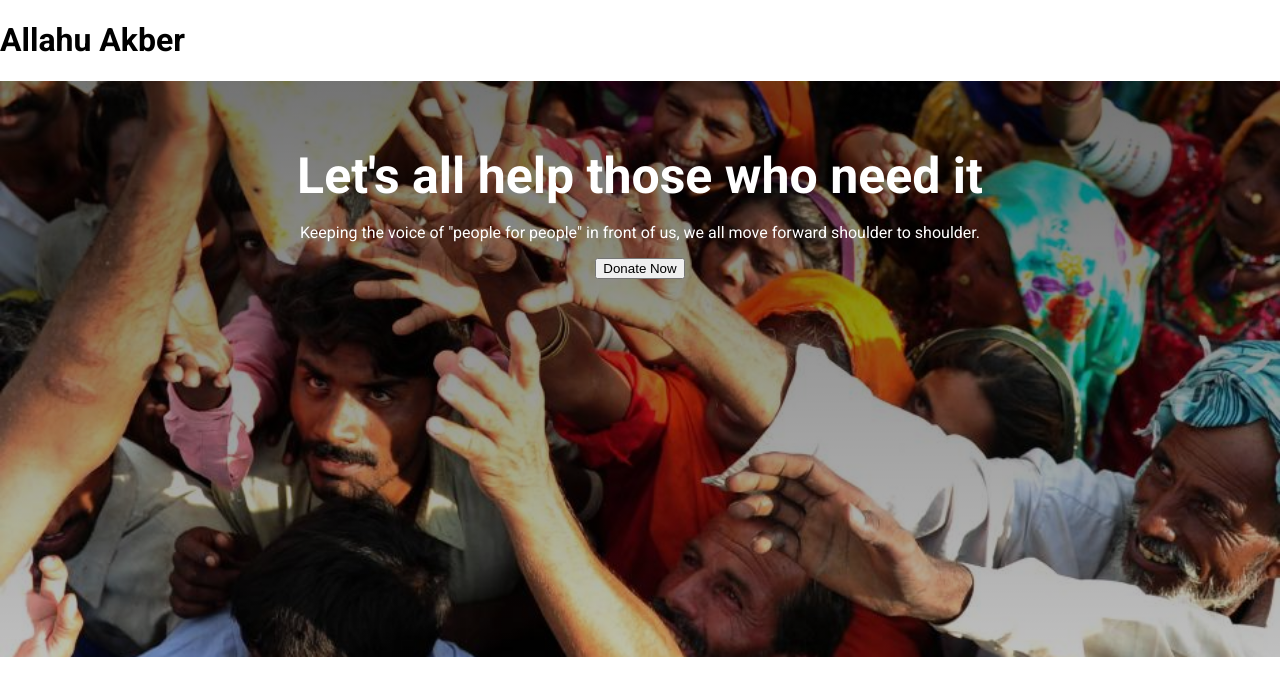
Repository: zjria/suppert-the-helpness
Page: index.html
These files come from the project's save history. The page is drawn as it stood at one moment and after the next save; the edit follows.
The browser window is 1280 px wide. The pictures show the whole page.

Above is the page before, as saved 2022-08-24 21:58:33.

### index.html
<!DOCTYPE html>
<html lang="en">

<head>
    <meta charset="UTF-8">
    <meta http-equiv="X-UA-Compatible" content="IE=edge">
    <meta name="viewport" content="width=device-width, initial-scale=1.0">
    <title>Support the helpless</title>
    <!-- Google Fonts -->
    <link rel="preconnect" href="https://fonts.googleapis.com">
    <link rel="preconnect" href="https://fonts.gstatic.com" crossorigin>
    <link href="https://fonts.googleapis.com/css2?family=Roboto:wght@100;300;400;500;700;900&display=swap"
        rel="stylesheet">
    <!-- Custom CSS -->
    <link rel="stylesheet" href="style.css">
</head>

<body>
    <h1>Allahu Akber</h1>
    <!-- Header Section -->
    <section class="header_section">
        <div class="header-text">
            <h1>Let's all help those who need it</h1>
            <p>Keeping the voice of "people for people" in front of us, we all move forward shoulder to shoulder.</p>
            <button>Donate Now</button>
        </div>
    </section>
</body>

</html>

### style.css
body {
    font-family: 'Roboto', sans-serif;
    margin: 0%;
    padding: 0%;
}

.header_section {
    background-image: linear-gradient(rgb(0, 0, 0, 0.55), rgb(0, 0, 0, 0.25)), url(images/header.jpg);
    background-position: center;
    background-size: cover;
    width: 100%;
    height: 80vh;
    color: white;
}

.header_section .header-text {
    text-align: center;
    margin: auto;
    justify-content: center;
    align-items: center;
    padding-top: 5%;
}

.header-text h1 {
    font-size: 50px;
    padding: 2px;
    border-radius: 10px;
    margin: 0%;
}

After the next save:
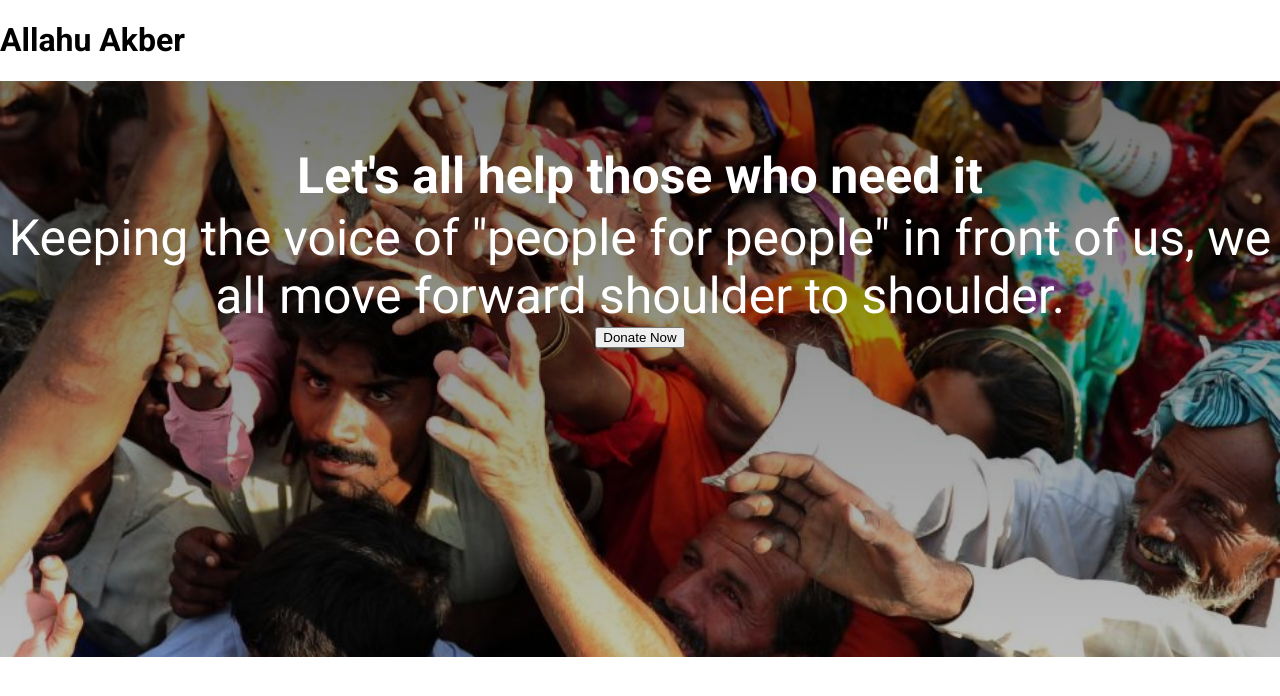
Saved 16 s later.
--- a/style.css
+++ b/style.css
@@ -27,3 +27,10 @@
     border-radius: 10px;
     margin: 0%;
 }
+
+.header-text p {
+    font-size: 50px;
+    padding: 2px;
+    border-radius: 10px;
+    margin: 0%;
+}
